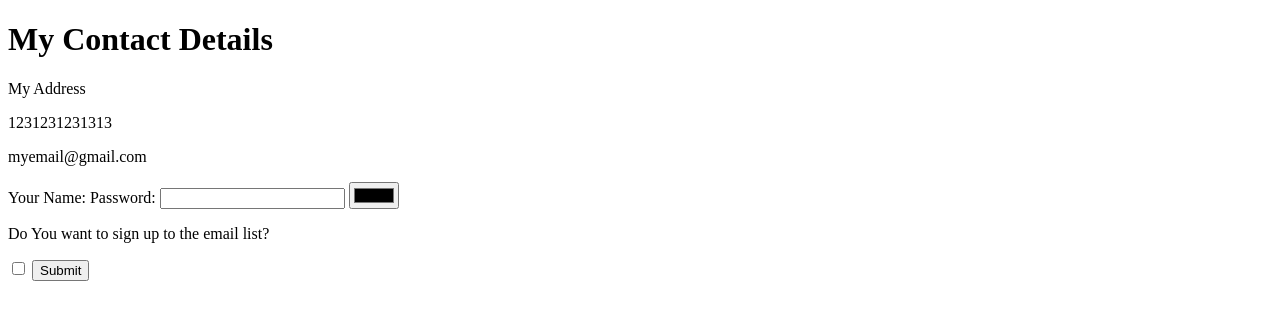
Repository: Isanderr/simple_landing_page-1
Page: contact.html
These files come from the project's save history. The page is drawn as it stood at one moment and after the next save; the edit follows.
The browser window is 1280 px wide. The pictures show the whole page.

Above is the page before, as saved 2019-01-28 23:29:17.

After the next save:
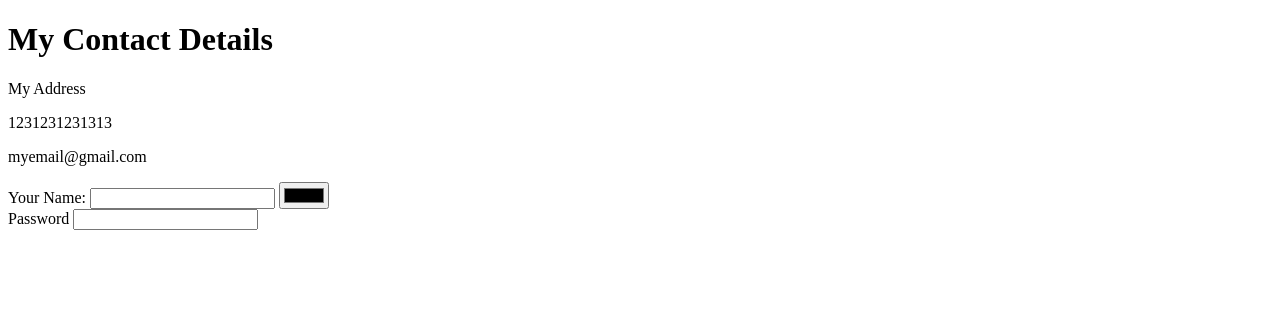
Saved 2 min 10 s later.
--- a/contact.html
+++ b/contact.html
@@ -14,13 +14,11 @@
         <p>1231231231313</p>
         <p>myemail@gmail.com</p>
         <form action="">
-            <label for="text">Your Name:</label>
-            <label for="pass">Password:</label>
+            <label for="">Your Name: </label>
             <input type="text">
-            <input type="color">
-            <br>
-            <p>Do You want to sign up to the email list?</p><input type="checkbox">
-            <input type="submit">
+            <input type="color"><br>
+            <label for="">Password</label>
+            <input type="password">
         </form>
     </body>
 
